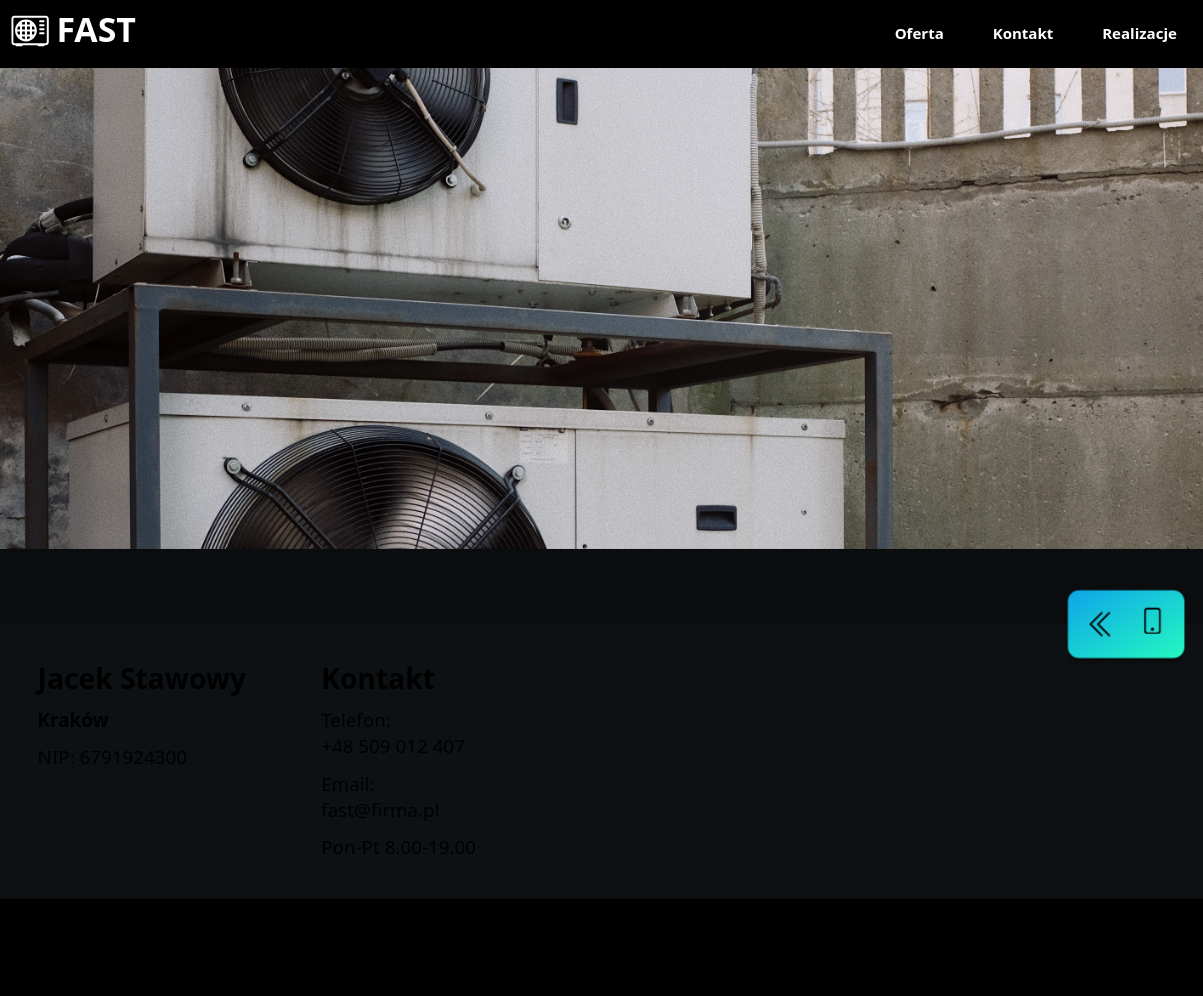
Repository: piotrokrutniak/Fast-CompanyWebsite
Page: /carousel
The author's editor kept a copy of each file at every save. The page is drawn from the files as they stood at one save, then again after the next save.
The browser window is 1280 px wide. The pictures show the whole page, at 94% of full size.
The project was rebuilt for these pictures with package versions that can differ from the ones it lists, and the page was loaded fresh each time. The framework's server and built-in components were replaced by stand-ins that run in the browser. Also part of the build but not shown: next.config.js.

Above is the page before, as saved 2023-10-21 10:38:03.

### src/app/layout.js
import FootBar from './components/footbar/footbar'
import Navbar from './components/navbar/navbar'
import QuickContact from './components/quickContact'
import './globals.css'
import { Inter } from 'next/font/google'

const inter = Inter({ subsets: ['latin'] })

export const metadata = {
  title: 'Fast - Klimatyzacje Kraków',
  description: 'F.U.H. Fast Jacek Stawowy - Klimatyzacje',
}

export default function RootLayout({ children }) {
  return (
    <html lang="en" className=''>
      <body className='bg-black min-w-mobile overflow-x-hidden'>
        <div className='bg-slate-500/10 min-h-screen relative'>
          <Navbar/>
          {children}
          <QuickContact/>
          <FootBar/>
        </div>
      </body>
    </html>
  )
}

### src/app/(pages)/carousel/page.js
import Image from "next/image"
import p1 from "../../../../public/img/air-conditioning-2.jpg"
import p2 from "../../../../public/img/heat-pump-2.jpg"
import p3 from "../../../../public/img/heating-2.jpg"
// import ac1 from "./media/img/air-conditioning-2.jpg"
// import ac2 from "./media/img/heat-pump-2.jpg"
// import ac3 from "./media/img/heating-2.jpg"

export default function CarouselPage(){
    return(
        <div className="w-full max-w-7xl relative mx-auto overflow-hidden">

        <div className="relative w-fit h-128 flex overflow-visible -translate-x-[0%]">
            <div className="w-screen h-full relative">
                <Image src={p1} layout='fill' objectFit='cover' className="h-full"/>
            </div>
            <div className="w-max h-full relative">
                <Image src={p2} layout='fill' objectFit='cover'/>
            </div>
            <div className="w-screen h-full relative">
                <Image src={p3} layout='fill' objectFit='cover'/>
            </div>
        </div>
        </div>
    )
}

### src/app/components/footbar/footbar.js
import Link from "next/link";

export default function FootBar(){
    return(
        <footer className="bg-slate-500/5 mt-20">
            <div className="max-w-7xl w-full p-10 flex gap-8 sm:gap-20 m-auto">
                <div className="flex flex-col gap-3">
                    <h1 className="font-bold text-3xl">Jacek Stawowy</h1>
                    <h2 className="font-semibold text-xl">Kraków</h2>
                    <h2 className="font-thin text-xl">NIP: 6791924300</h2>
                </div>

                <div className="flex flex-col gap-3">
                    <h1 className="font-bold text-3xl">Kontakt</h1>
                    <h2 className="font-thin text-xl">Telefon:
                    <Link href={"tel:+48 509 012 407"} className="cursor-pointer hover:text-emerald-200">
                        <p className="whitespace-nowrap">
                            +48 509 012 407
                        </p>
                    </Link>
                    </h2>
                    <h2 className="font-thin text-xl">Email:
                    <Link href={"email:fast@firma.pl"} className="cursor-pointer hover:text-emerald-200">
                        <p className="whitespace-nowrap">
                            fast@firma.pl
                        </p>
                    </Link>
                    </h2>
                    <h2 className="font-thin text-xl">Pon-Pt 8.00-19.00</h2>
                </div>
            </div>
            <div className="bg-black flex p-10 ">
                <div className="xs:m-auto w-fit">
                    © Piotr Okrutniak 2022
                </div>
            </div>
        </footer>
    )
}

### src/app/components/navbar/navbar.js
"use client";
import { useState } from "react";
import ButtonBase from "../common/buttonBase";
import AcLogo from "../icons/ac";
import {BsList, BsXLg} from "react-icons/bs";
import Link from "next/link";

export default function Navbar(){
    const [mobileOpen, setMobileOpen] = useState(false)

    return(
        <nav className="sticky bg-black top-0 w-full py-3 px-5 sm:px-3  z-50">
            <div className="flex justify-between mx-auto max-w-7xl h-auto align-middle">
                <Link href="/">
                    <div className="text-white text-4xl font-bold hover:cursor-pointer flex gap-2 align-middle
                        hover:text-emerald-200 hover:fill-emerald-200 fill-white active:opacity-90 transition-all">
                        <AcLogo className="h-10 w-10 top-px relative"/>
                        FAST
                    </div>
                </Link>
                <div className="align-middle gap-5 text-black transition-all ease-in hidden sm:flex">
                    <Link href="/oferta">
                        <ButtonBase text="Oferta" color="bg-transparent" className="hover:bg-slate-400/25 text-white"  onClick={() => setMobileOpen(false)}/>
                    </Link>
                    <Link href="/kontakt">
                        <ButtonBase text="Kontakt" color="bg-transparent" className="hover:bg-slate-400/25 text-white"  onClick={() => setMobileOpen(false)}/>
                    </Link>
                    <Link href="/realizacje">
                        <ButtonBase text="Realizacje" color="bg-transparent" className="hover:bg-slate-400/25 text-white"  onClick={() => setMobileOpen(false)}/>
                    </Link>
                </div>
                <div className=" sm:hidden flex">
                    <BsList className="h-12 w-12 cursor-pointer hover:fill-emerald-200 active:opacity-90" onClick={() => setMobileOpen(true)}/>
                </div>
            </div>

            <div className={`${mobileOpen ? "" : "translate-x-full"} absolute w-screen h-screen bg-black left-0 top-0 sm:hidden transition-all`}>
                <div id="mobile-header" className="flex p-3 cursor-pointer" onClick={() => setMobileOpen(false)}>
                    <BsXLg className="w-14 h-14 p-2 hover:fill-emerald-200 active:opacity-70 absolute right-4"/>
                </div>
                <div id="mobile-list" className="flex flex-col w-full gap-8 justify-center text-xl px-5 py-32">
                    <Link href="/kontakt" onClick={() => setMobileOpen(false)}>
                        <ButtonBase text="Kontakt" className="w-full py-6 px-10 bg-gradient-to-br hover:from-sky-500 hover:to-emerald-200 self-center" color="bg-slate-500/25"/>
                    </Link>
                    <Link href="/oferta" onClick={() => setMobileOpen(false)}>
                        <ButtonBase text="Oferta" className="w-full py-6 px-10 bg-gradient-to-br hover:from-sky-500 hover:to-emerald-200 self-center" color="bg-slate-500/25"/>
                    </Link>
                    <Link href="/realizacje" onClick={() => setMobileOpen(false)}>
                        <ButtonBase text="Realizacje" className="w-full py-6 px-10 bg-gradient-to-br hover:from-sky-500 hover:to-emerald-200 self-center" color="bg-slate-500/25"/>
                    </Link>
                    <Link href="/" onClick={() => setMobileOpen(false)}>
                        <ButtonBase text="Strona Główna" className="w-full py-6 px-10 bg-gradient-to-br hover:from-sky-500 hover:to-emerald-200 self-center" color="bg-slate-500/25"/>
                    </Link>
                </div>
                <div className="p-10 justify-self-center w-full text-center bottom-0 absolute">
                    © Piotr Okrutniak 2022
                </div>
            </div>
        </nav>
    )
}

### src/app/components/quickContact.js
"use client";

import Link from "next/link";
import { useState } from "react"
import {BsChevronDoubleRight, BsPhone} from "react-icons/bs"

export default function QuickContact(){
    const [folded, setFolded] = useState(true)

    function Transition(){
        setFolded((old) => !old)
    }

    return(
        <div className="bg-gradient-to-br from-sky-500 to-emerald-200 rounded-xl w-fit sm:p-5 p-3 text-base
            font-normal shadow-md shadow-black/50 fixed right-5 bottom-5 flex items-center gap-4 transition-all ease-in-out whitespace-nowrap">
            <BsChevronDoubleRight className={`${folded ? "rotate-180" : "rotate-0"} transition-all ease-in h-8 w-8 cursor-pointer active:opacity-60 select-none`}
                onClick={() => Transition()}/>
            <div className="flex gap-2">
                <p className={`${folded ? "w-0" : "w-72 max-sm:w-44"} overflow-hidden transition-all ease-in flex max-sm:flex-col`}><p>Skontaktuj się z nami:</p> <Link href={"tel:+48 509 012 407"} className="cursor-pointer">+48 509 012 407</Link></p>
                <BsPhone className="h-7 w-7 animate-bounce self-center"/>
            </div>
        </div>
    )
}

### src/app/globals.css
@import 'tailwindcss/base';
@import 'tailwindcss/components';
@import 'tailwindcss/utilities';

:root {

}

@media (prefers-color-scheme: dark) {
  :root {
    --foreground-rgb: 255, 255, 255;
    scroll-behavior: smooth;
  }
}

body {
  color: rgb(var(--foreground-rgb));
  background: linear-gradient(
      to bottom,
      transparent,
      rgb(var(--background-end-rgb))
    )
    rgb(var(--background-start-rgb));
}

@layer base {
  html {
    scroll-behavior: smooth;
  }
}

### src/app/components/common/buttonBase.js
export default function ButtonBase({...props}){
    return(
        <button className={`${props.className} ${props.color ?? "bg-sky-500"} py-3 px-4 rounded-lg font-semibold active:opacity-80 flex items-center gap-2 whitespace-nowrap transition-all`}
            onClick={props.onClick}>
            {props.text} {props.icon ?? ""}
        </button>
    )
}

### src/app/components/icons/ac.js
export default function AcLogo({...props}){
    return(
        <svg
            xmlns="http://www.w3.org/2000/svg"
            xmlSpace="preserve"
            width={800}
            height={800}
            viewBox="0 0 507.802 507.802"
            {...props}
        >
            <path d="M465.7 47.901H42.3c-23.3 0-42.3 18.9-42.3 42.3v313.3c0 23.3 19 42.3 42.3 42.3h16.1c0 7.8 6.3 14.1 14.1 14.1H139c7.8 0 14.1-6.3 14.1-14.1h201.6c0 7.8 6.3 14.1 14.1 14.1h66.5c7.8 0 14.1-6.3 14.1-14.1h16.1c23.3 0 42.3-19 42.3-42.3v-313.3c.2-23.4-18.8-42.3-42.1-42.3zm0 369.7H42.3c-7.8 0-14.1-6.3-14.1-14.1v-313.3c0-7.8 6.3-14.1 14.1-14.1h423.3c7.8 0 14.1 6.3 14.1 14.1v313.3h.1c0 7.8-6.3 14.1-14.1 14.1z" />
            <path d="M435.6 107.801H391c-7.8 0-14.1 6.3-14.1 14.1s6.3 14.1 14.1 14.1h44.6c7.8 0 14.1-6.3 14.1-14.1s-6.3-14.1-14.1-14.1zM435.6 161.601H391c-7.8 0-14.1 6.3-14.1 14.1s6.3 14.1 14.1 14.1h44.6c7.8 0 14.1-6.3 14.1-14.1s-6.3-14.1-14.1-14.1zM435.6 215.301H391c-7.8 0-14.1 6.3-14.1 14.1s6.3 14.1 14.1 14.1h44.6c7.8 0 14.1-6.3 14.1-14.1s-6.3-14.1-14.1-14.1zM435.6 269.101H391c-7.8 0-14.1 6.3-14.1 14.1s6.3 14.1 14.1 14.1h44.6c7.8 0 14.1-6.3 14.1-14.1s-6.3-14.1-14.1-14.1zM198.3 99.701c-81.1 0-147.1 66-147.1 147.1s66 147.1 147.1 147.1 147.1-66 147.1-147.1-66-147.1-147.1-147.1zm-80.9 233.9c-2-1.9-3.9-3.8-5.8-5.8h5.8v5.8zm0-34H92c-5.9-11.9-10-24.9-11.6-38.6h37v38.6zm0-66.9h-37c1.6-13.7 5.6-26.7 11.6-38.6h25.4v38.6zm0-66.8h-5.8c1.9-2 3.8-3.9 5.8-5.8v5.8zm66.8 198.9c-13.7-1.6-26.7-5.7-38.6-11.6v-25.4h38.6v37zm0-65.2h-38.6v-38.6h38.6v38.6zm0-66.9h-38.6v-38.6h38.6v38.6zm0-66.8h-38.6v-25.4c11.9-5.9 24.9-10 38.6-11.6v37zm95.1-5.8c2 1.9 3.9 3.8 5.8 5.8h-5.8v-5.8zm0 34h25.4c5.9 11.9 10 24.9 11.6 38.6h-37v-38.6zm-28.2 159.1c-11.9 5.9-24.9 10-38.6 11.6v-37h38.6v25.4zm0-53.6h-38.6v-38.6h38.6v38.6zm0-66.9h-38.6v-38.6h38.6v38.6zm0-66.8h-38.6v-37c13.7 1.6 26.7 5.7 38.6 11.6v25.4zm28.2 167.7v-5.8h5.8c-1.9 2-3.8 4-5.8 5.8zm0-34v-38.6h37c-1.6 13.7-5.7 26.7-11.6 38.6h-25.4z" />
        </svg>
    )
}

### tailwind.config.js
/** @type {import('tailwindcss').Config} */
module.exports = {
  content: [
    './src/pages/**/*.{js,ts,jsx,tsx,mdx}',
    './src/components/**/*.{js,ts,jsx,tsx,mdx}',
    './src/app/**/*.{js,ts,jsx,tsx,mdx}',
  ],
  theme: {
    extend: {
      backgroundImage: {
        'gradient-radial': 'radial-gradient(var(--tw-gradient-stops))',
        'gradient-conic':
          'conic-gradient(from 180deg at 50% 50%, var(--tw-gradient-stops))',
      },
      height:{
        '112': '28rem',
        '128': '32rem',
      },
      width:{
        '112': '28rem',
        '128': '32rem',
      },
      colors:{
        "emerald":{
          "50": "#b0fde8",
          "100": "#60FBD2",
          "200": "#24F9C1",
          "400": "#06EFB1",
          "500": "#06d6a0",
        }
      },
      minWidth:{
        'mobile': '360px',
        '54': '258px',
      },
      screens:{
        'xs': '580px',
        '850': '850px',
      },
    },
  },
  plugins: [],
}

After the next save:
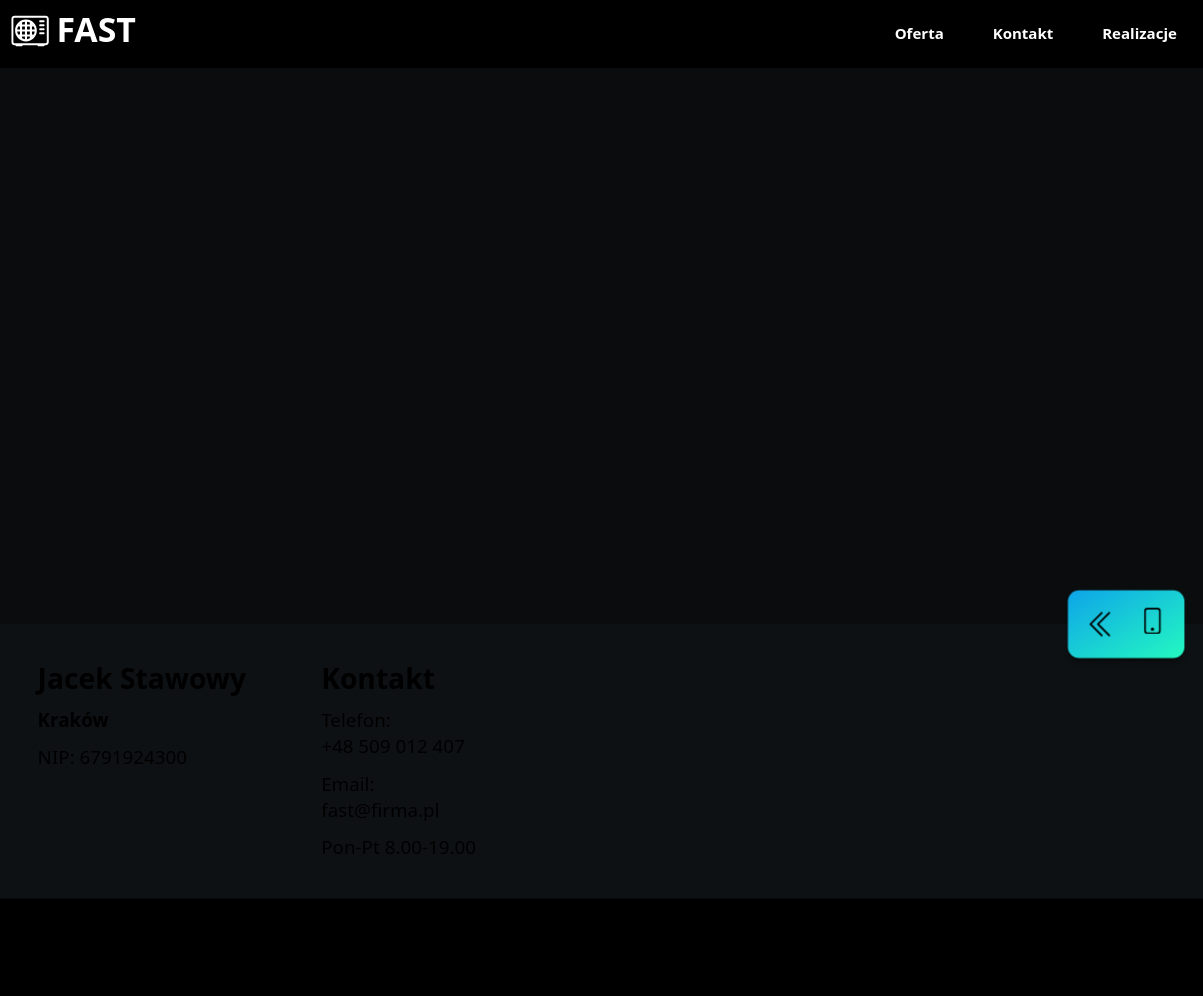
Saved 9 s later.
--- a/src/app/(pages)/carousel/page.js
+++ b/src/app/(pages)/carousel/page.js
@@ -10,7 +10,7 @@
     return(
         <div className="w-full max-w-7xl relative mx-auto overflow-hidden">
 
-        <div className="relative w-fit h-128 flex overflow-visible -translate-x-[0%]">
+        <div className="relative w-fit h-128 flex overflow-visible -translate-x-[100%]">
             <div className="w-screen h-full relative">
                 <Image src={p1} layout='fill' objectFit='cover' className="h-full"/>
             </div>

After the save that followed:
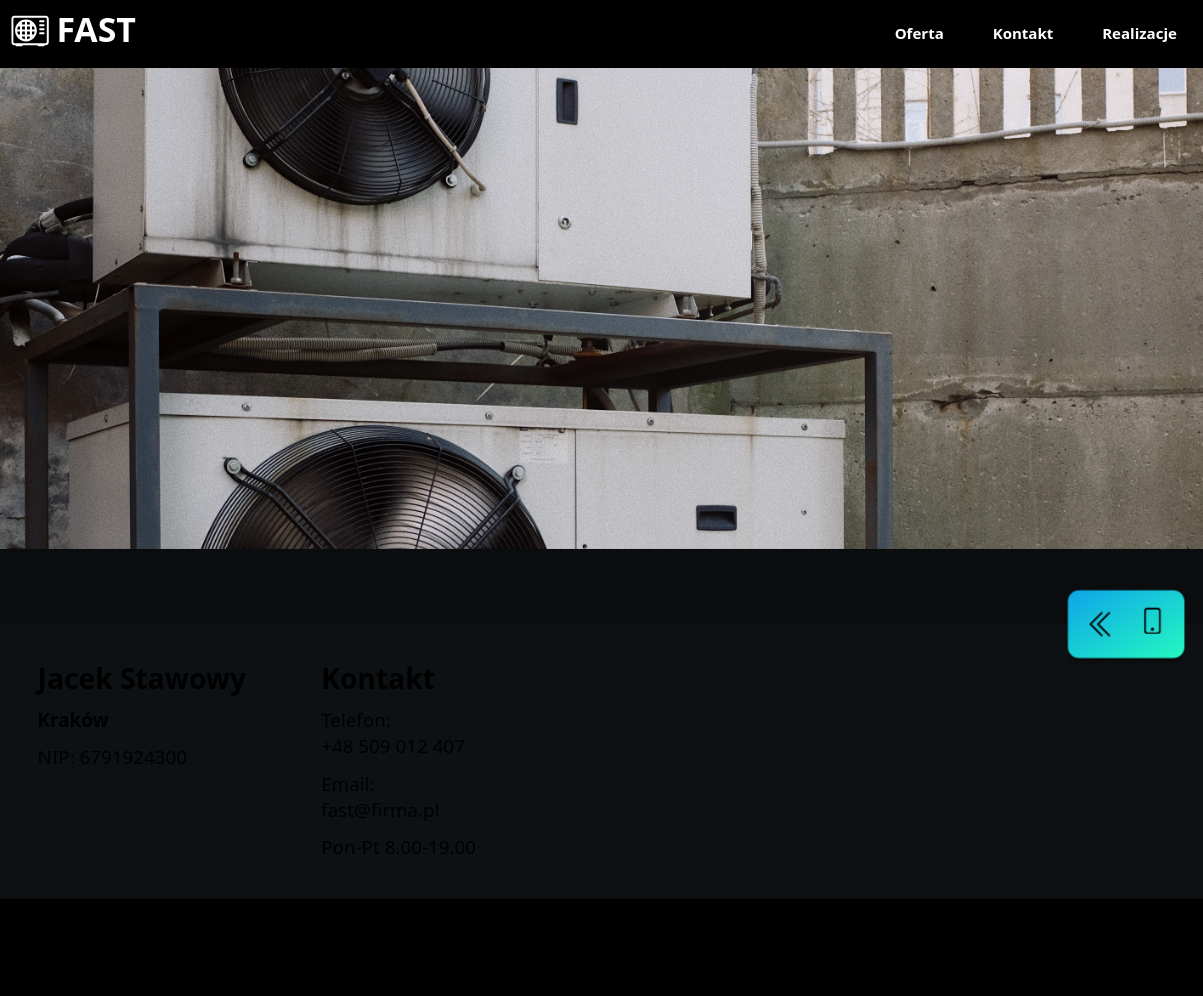
Saved 7 s later.
--- a/src/app/(pages)/carousel/page.js
+++ b/src/app/(pages)/carousel/page.js
@@ -10,7 +10,7 @@
     return(
         <div className="w-full max-w-7xl relative mx-auto overflow-hidden">
 
-        <div className="relative w-fit h-128 flex overflow-visible -translate-x-[100%]">
+        <div className="relative w-fit h-128 flex overflow-visible -translate-x-[0%]">
             <div className="w-screen h-full relative">
                 <Image src={p1} layout='fill' objectFit='cover' className="h-full"/>
             </div>
